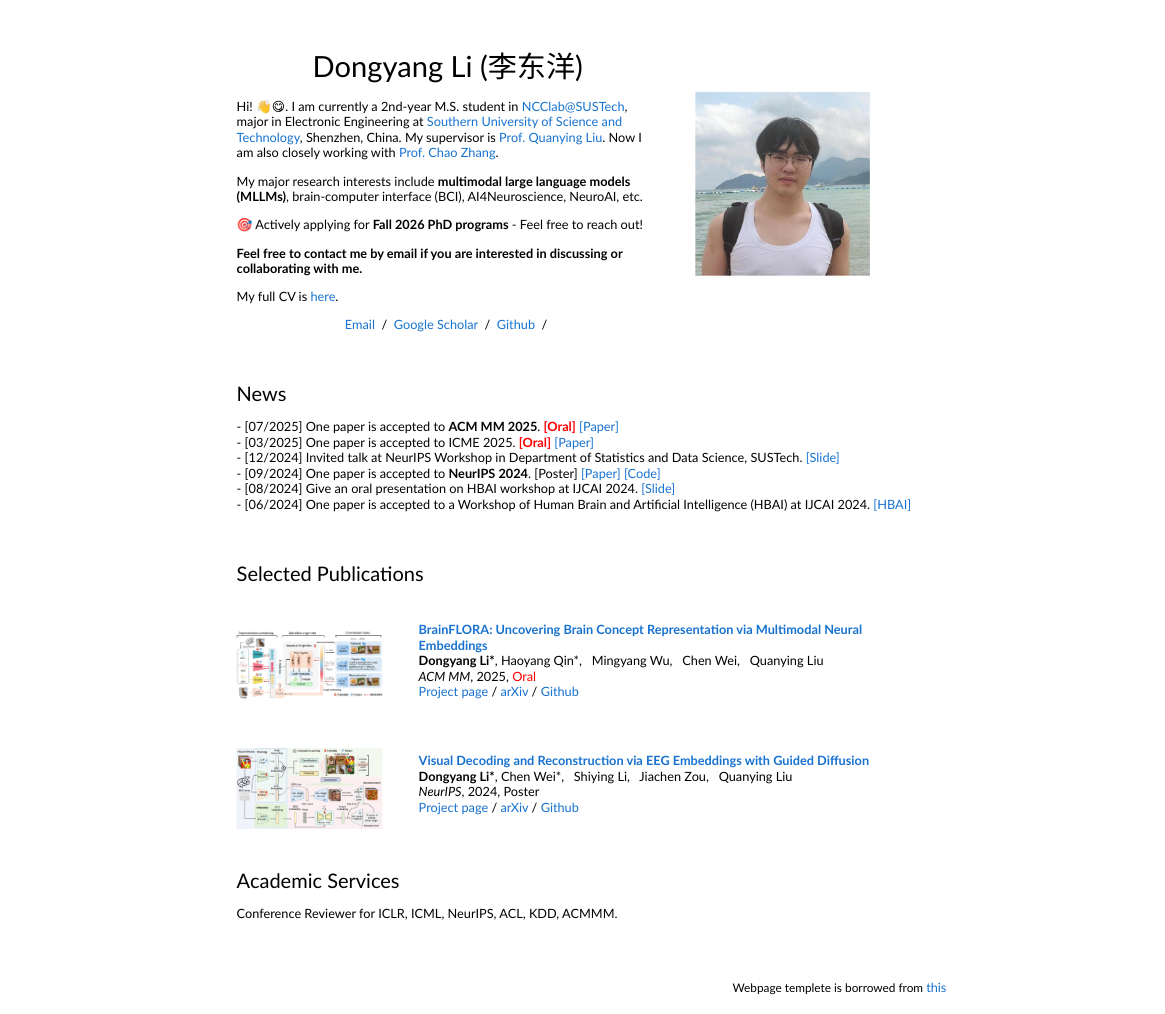
Repository: dongyangli-del/dongyangli-del.github.io
Page: index.html
An editor plug-in stored every save of this project. The page is shown before and after a run of saves, followed by the edit.
The browser window is 1280 px wide. The pictures show the whole page, at 91% of full size.

Above is the page before, as saved 2025-07-12 21:34:00.

### index.html
<!DOCTYPE HTML>
<html lang="en">
  <head>

    <meta http-equiv="Content-Type" content="text/html; charset=UTF-8">

    <title>Dongyang Li (李东洋)</title>

    <meta name="author" content="Dongyang Li (李东洋)">
    <meta name="viewport" content="width=device-width, initial-scale=1">

    <link rel="stylesheet" type="text/css" href="stylesheet.css">
    <link rel="icon" href="data:[embedded picture, 141 characters]">
  </head>

  <body>
    <!-- <div class="content">
      <table style="width:100%;border:0px;border-spacing:0px;border-collapse:separate;margin-right:auto;margin-left:auto;"><tbody>
        <tr style="padding:0px">
          <td style="padding:2.5%;width:63%;vertical-align:middle">
            <p class="name" style="text-align: center;">
              Dongyang Li
            </p>

            </p>
            <p>

            </p>
            <p style="text-align:center">
            </p>
          </td>
          <td style="padding:2.5%;width:40%;max-width:40%">
            <a href="myassets/profile.jpg"><img style="width:100%;max-width:100%" alt="profile photo" src="myassets/profile.jpg" class="hoverZoomLink"></a>
          </td>
        </tr>
      </tbody></table>
    </div> -->
    <table style="width:100%;max-width:800px;border:0px;border-spacing:0px;border-collapse:separate;margin-right:auto;margin-left:auto;"><tbody>
      <tr style="padding:0px">
        <td style="padding:0px">
          <table style="width:100%;border:0px;border-spacing:0px;border-collapse:separate;margin-right:auto;margin-left:auto;"><tbody>
            <tr style="padding:0px">
              <td style="padding:2.5%;width:63%;vertical-align:middle">
                <p class="name" style="text-align: center;">
                  Dongyang Li (李东洋)
                </p>
                <p>
                  Hi! 👋😋.
                  I am currently a 2nd-year M.S. student in <a href="https://faculty.sustech.edu.cn/?tagid=liuqy&iscss=1&snapid=1&orderby=date&go=1">NCClab@SUSTech</a>, major in Electronic Engineering at <a href="https://www.sustech.edu.cn/en/">Southern University of Science and Technology</a>, Shenzhen, China.
                  My supervisor is <a href="https://www.sustech.edu.cn/zh/faculties/liuquanying.html">Prof. Quanying Liu</a>. Now I am also closely working with <a href="https://mi.eng.cam.ac.uk/~cz277/">Prof. Chao Zhang</a>.
                </p>
                <p>
                  My major research interests include <strong>multimodal large language models (MLLMs)</strong>, brain-computer interface (BCI), AI4Neuroscience, NeuroAI, etc.
                </p>
                <p>🎯 Actively applying for <strong>Fall 2026 PhD programs</strong> - Feel free to reach out!</p> <span style="color: black; font-weight: bold;">Feel free to contact me by email if you are interested in discussing or collaborating with me.</span>


                <p>
                  My full CV is <a href="https://dongyangli-del.github.io/files/Dongyang_Li_CV.pdf">here</a>.
                </p>
                <p style="text-align:center">
                  <a href="lidy2023@mail.sustech.edu.cn">Email</a> &nbsp;/&nbsp;
                  <a href="https://scholar.google.com/citations?user=4VTOeU4AAAAJ&hl=zh-CN&oi=ao">Google Scholar</a> &nbsp;/&nbsp;
                  <a href="https://github.com/dongyangli-del">Github</a> &nbsp;/&nbsp;
                  <!-- <a href="https://www.linkedin.com/in/yingqing-he-6b2859168/">LinkedIn</a> -->
                </p>
              </td>
              <td style="padding:2.5%;width:40%;max-width:40%">
                <a href="myassets/profile.jpg"><img style="width:75%;max-width:100%" alt="profile photo" src="myassets/profile.jpg" class="hoverZoomLink"></a>
              </td>
            </tr>
          </tbody></table>

          <table style="width:100%;border:0px;border-spacing:0px;border-collapse:separate;margin-right:auto;margin-left:auto;"><tbody>
            <tr>
            <td style="padding:20px;width:100%;vertical-align:middle">
              <h2>News</h2>
              <p>
                - [07/2025] One paper is accepted to <strong>ACM MM 2025</strong>. <span style="color: red; font-weight: bold;">[Oral]</span> <a href="https://arxiv.org/pdf/2410.23754">[Paper]</a><br>

                - [03/2025] One paper is accepted to ICME 2025. <span style="color: red; font-weight: bold;">[Oral]</span> <a href="https://arxiv.org/pdf/2410.23754">[Paper]</a><br>

                - [12/2024] Invited talk at NeurIPS Workshop in Department of Statistics and Data Science, SUSTech. <a href="https://dongyangli-del.github.io/files/DongyangLi-20241201.pdf">[Slide]</a><br>

                - [09/2024] One paper is accepted to <strong>NeurIPS 2024</strong>. [Poster] <a href="https://arxiv.org/abs/2403.07721">[Paper]</a> <a href="https://github.com/dongyangli-del/EEG_Image_decode">[Code]</a> <br>

                - [08/2024] Give an oral presentation on HBAI workshop at IJCAI 2024. <a href="https://dongyangli-del.github.io/files/HBAI_2024_DongyangLi.pdf">[Slide]</a><br>

                - [06/2024] One paper is accepted to a Workshop of Human Brain and Artificial Intelligence (HBAI) at IJCAI 2024. <a href="https://hbai2024.github.io/">[HBAI]</a><br>

                <!-- - [10/2024] <font style="color: #d07c22">Invited talk</font> at <a href="https://venue-tutorial.github.io/">ECCV 2024 VENUE (Recent Advances in Video Content Understanding and Generation) Tutorial</a>
                 on the topic of <i>"LLMs Meet image and video generation"</i>.
                 The slides are available at our <a href="https://github.com/YingqingHe/Awesome-LLMs-meet-Multimodal-Generation/blob/main/ECCV2024-VENUE-Tutorial-Slides-LLM-Meet-Image-and-Video-Generation.pdf">Github repo</a>.<br>
                - [08/2024] <font style="color: #d07c22">Invited talk</font> at <a href="https://hunyuan.tencent.com/">Tencent Hunyuan</a>
                 on the topic of <i>"LLMs Meet Multimodal Generation and Editing"</i><br>
                - [08/2024] 1 paper was accepted to <font style="color: #D8429E">ECCV 2024 AI4VA Workshop</font>.<br>
                - [07/2024] 1 paper was accepted to <font style="color: #D8429E">SIGGRAPH Asia 2024</font>.<br>
                - [07/2024] 1 paper was accepted to <font style="color: #D8429E">ECCV 2024</font>.<br>
                - [05/2024] We released a survey paper: <a href="https://arxiv.org/abs/2405.19334">LLMs Meet Multimodal Generation and Editing: A Survey</a>.<br>
                - [03/2024] <font style="color: #d07c22">Invited talk</font> at <a href="https://www.meituan.com/">Meituan</a> on the topic of <i>"Recent Advance of Text-to-Video Generation"</i>.<br>
                - [03/2024] 1 paper was accepted to <font style="color: #D8429E">CVPR 2024</font>.<br>
                - [02/2024] 1 paper was accepted to <font style="color: #D8429E">TVCG 2024</font>.<br>
                - [01/2024] 2 papers were accepted to <font style="color: #D8429E">ICLR 2024</font> (including 1 Spotlight paper).<br>
                - [12/2023] 1 paper was accepted to <font style="color: #D8429E">AAAI 2024</font>.<br>
                - [11/2023] Released <a href="https://arxiv.org/abs/2310.19512">VideoCrafter 1</a>.<br>
                - [08/2023] 1 paper was accepted to <font style="color: #D8429E">SIGGRAPH Asia 2023</font>.<br>
                - [06/2023] <font style="color: #d07c22">Invited talk</font> at <a href="https://sites.google.com/view/loveucvpr23/home">CVPR 2023 LOVEU Workshop</a> on the topic of <i>"Crafting Your Videos: From Unconditional to <br>
                  &nbsp; &nbsp; &nbsp;&nbsp; &nbsp; &nbsp;&nbsp; &nbsp; &nbsp;&nbsp; &nbsp; &nbsp;&nbsp; &nbsp; &nbsp;&nbsp;&nbsp;
                  Controllable Video Diffusion Models"</i>.<br>
                - [04/2023] Released <a href="https://github.com/AILab-CVC/VideoCrafter">VideoCrafter 0.9</a>.<br>
                - [08/2021] 1 paper was accepted to <font style="color: #D8429E">ACM MM 2021</font> as an <font style="color: #D8429E">Oral</font> paper.<br>  -->
              </p>
            </td>
            </tr>
          </tbody></table>
          <table style="width:100%;border:0px;border-spacing:0px;border-collapse:separate;margin-right:auto;margin-left:auto;"><tbody>

    <table style="width:100%;border:0px;border-spacing:0px;border-collapse:separate;margin-right:auto;margin-left:auto;">
      <tbody>
      <tr>
        <td style="padding:20px;width:100%;vertical-align:middle">
          <h2>Selected Publications</h2>
          <!-- <p>
            I'm interested in computer vision, generative models, image/video generation and editing.
          </p> -->
        </td>
      </tr>
      </tbody>
    </table>
    <table style="width:100%;border:0px;border-spacing:0px;border-collapse:separate;margin-right:auto;margin-left:auto;"><tbody>


      <!-- BrainFLORA -->
      <tr>
        <td style="padding:20px;width:25%;vertical-align:middle">
          <img src='myassets/BrainFLORA.png' width="100%">
        </td>
        <td style="padding:20px;width:75%;vertical-align:middle">
          <a href="https://github.com/dongyangli-del/BrainFLORA">
            <span class="papertitle">BrainFLORA: Uncovering Brain Concept Representation via Multimodal Neural Embeddings</span>
          </a>
          <br>
          <strong>Dongyang Li*</strong>,
          <font style="color:black;">Haoyang Qin*, </font> &nbsp;
          <font style="color: black;">Mingyang Wu, </font> &nbsp;
          <font style="color: black;">Chen Wei, </font> &nbsp;
          <font style="color: black;">Quanying Liu </font> &nbsp;
          <br>
          <em>ACM MM</em>, 2025, <font style="color:red;">Oral</font>
          <br>
          <a href="https://github.com/dongyangli-del/BrainFLORA">Project page</a> /
          <a href="https://arxiv.org/pdf/2403.07721">arXiv</a> /
          <a href="https://github.com/dongyangli-del/BrainFLORA">Github</a>
          <p></p>
          <p>
          </p>
        </td>
      </tr>


      <!-- EEG_Image_Decode -->
      <tr>
        <td style="padding:20px;width:25%;vertical-align:middle">
          <img src='myassets/EEG_Image_decode.png' width="100%">
        </td>
        <td style="padding:20px;width:75%;vertical-align:middle">
          <a href="https://github.com/dongyangli-del/EEG_Image_decode/">
            <span class="papertitle">Visual Decoding and Reconstruction via EEG Embeddings with Guided Diffusion</span>
          </a>
          <br>
          <strong>Dongyang Li*</strong>,
          <font style="color:black;">Chen Wei*, </font> &nbsp;
          <font style="color: black;">Shiying Li, </font> &nbsp;
          <font style="color: black;">Jiachen Zou, </font> &nbsp;
          <font style="color: black;">Quanying Liu </font> &nbsp;
          <br>
          <em>NeurIPS</em>, 2024, Poster
          <br>
          <a href="https://dongyangli-del.github.io/EEG_Image_Decode/">Project page</a> /
          <a href="https://arxiv.org/pdf/2403.07721">arXiv</a> /
          <a href="https://github.com/dongyangli-del/EEG_Image_decode">Github</a>
          <p></p>
          <p>
          </p>
        </td>
      </tr>



    <table style="width:100%;border:0px;border-spacing:0px;border-collapse:separate;margin-right:auto;margin-left:auto;"><tbody>
      <tr>
      <td style="padding:20px;width:100%;vertical-align:middle">
        <h2>Academic Services</h2>
        <p>
          Conference Reviewer for ICLR, ICML, NeurIPS, ACL, KDD, ACMMM.<br>
          <!-- Journal Reviewer for TPAMI, IJCV, ACM Computing Surveys. -->
        </p>
      </td>
    </tr>
    </tbody></table>
    <table style="width:100%;border:0px;border-spacing:0px;border-collapse:separate;margin-right:auto;margin-left:auto;"><tbody>

    <!-- </tbody></table>
          <table width="100%" align="center" border="0" cellspacing="0" cellpadding="20"><tbody>
            <tr>
              <td>
                <h2>Miscellanea</h2>
              </td>
            </tr>
          </tbody></table>
          <table width="100%" align="center" border="0" cellpadding="20"><tbody>

            <tr>
              <td style="padding:20px;width:25%;vertical-align:middle"><img src="images/cvf.jpg"></td>
              <td width="75%" valign="center">
                <a href="https://cvpr2023.thecvf.com/Conferences/2023/Organizers">Demo Chair, CVPR 2023</a>
          <br>
                <a href="https://cvpr2022.thecvf.com/area-chairs">Area Chair, CVPR 2022</a>
                <br>
                <a href="http://cvpr2021.thecvf.com/area-chairs">Area Chair & Longuet-Higgins Award Committee Member, CVPR 2021</a>
                <br>
                <a href="http://cvpr2019.thecvf.com/area_chairs">Area Chair, CVPR 2019</a>
                <br>
                <a href="http://cvpr2018.thecvf.com/organizers/area_chairs">Area Chair, CVPR 2018</a>
              </td>
            </tr>
            <tr>
              <td style="padding:20px;width:25%;vertical-align:middle">
                <img src="images/cs188.jpg" alt="cs188">
              </td>
              <td width="75%" valign="center">
                <a href="http://inst.eecs.berkeley.edu/~cs188/sp11/announcements.html">Graduate Student Instructor, CS188 Spring 2011</a>
                <br>
                <a href="http://inst.eecs.berkeley.edu/~cs188/fa10/announcements.html">Graduate Student Instructor, CS188 Fall 2010</a>
                <br>
                <a href="http://aima.cs.berkeley.edu/">Figures, "Artificial Intelligence: A Modern Approach", 3rd Edition</a>
              </td>
            </tr>


            <tr>
              <td align="center" style="padding:20px;width:25%;vertical-align:middle">
                <h2>Basically <br> Blog Posts</h2>
              </td>
              <td width="75%" valign="middle">
                <a href="https://arxiv.org/abs/2112.11687">Squareplus: A Softplus-Like Algebraic Rectifier</a>
                <br>
                <a href="https://arxiv.org/abs/2010.09714">A Convenient Generalization of Schlick's Bias and Gain Functions</a>
                <br>
                <a href="https://arxiv.org/abs/1704.07483">Continuously Differentiable Exponential Linear Units</a>
                <br>
                <a href="https://jonbarron.info/data/cvpr2023_llm_workshop_annotated.pdf">Scholars & Big Models: How Can Academics Adapt?</a>
              </td>
            </tr>
          </tbody></table> -->


          <table style="width:100%;border:0px;border-spacing:0px;border-collapse:separate;margin-right:auto;margin-left:auto;"><tbody>
            <tr>
              <td style="padding:0px">
                <br>
                <p style="text-align:right;font-size:small;">
                  <!-- Feel free to steal this website's <a href="https://github.com/jonbarron/jonbarron_website">source code</a>. <strong>Do not</strong> scrape the HTML from this page itself, as it includes analytics tags that you do not want on your own website &mdash; use the github code instead. Also, consider using <a href="https://leonidk.com/">Leonid Keselman</a>'s <a href="https://github.com/leonidk/new_website">Jekyll fork</a> of this page. -->
                  Webpage templete is borrowed from <a href="https://github.com/jonbarron/jonbarron_website">this</a>
                </p>
              </td>
            </tr>
          </tbody></table>
        </td>
      </tr>
    </table>
  </body>
</html>

### stylesheet.css
/* latin-ext */
.content {
  width: 1000px;
  padding: 25px 50px;
  margin: 25px auto;
  background-color: white;
  box-shadow: 0px 0px 10px #999;
  border-radius: 15px;
  font-family: "Google Sans";
}

@font-face {
  font-family: 'Lato';
  font-style: italic;
  font-weight: 400;
  src: local('Lato Italic'), local('Lato-Italic'), url(https://fonts.gstatic.com/s/lato/v15/S6u8w4BMUTPHjxsAUi-qNiXg7eU0.woff2) format('woff2');
  unicode-range: U+0100-024F, U+0259, U+1E00-1EFF, U+2020, U+20A0-20AB, U+20AD-20CF, U+2113, U+2C60-2C7F, U+A720-A7FF;
}
/* latin */
@font-face {
  font-family: 'Lato';
  font-style: italic;
  font-weight: 400;
  src: local('Lato Italic'), local('Lato-Italic'), url(https://fonts.gstatic.com/s/lato/v15/S6u8w4BMUTPHjxsAXC-qNiXg7Q.woff2) format('woff2');
  unicode-range: U+0000-00FF, U+0131, U+0152-0153, U+02BB-02BC, U+02C6, U+02DA, U+02DC, U+2000-206F, U+2074, U+20AC, U+2122, U+2191, U+2193, U+2212, U+2215, U+FEFF, U+FFFD;
}
/* latin-ext */
@font-face {
  font-family: 'Lato';
  font-style: italic;
  font-weight: 700;
  src: local('Lato Bold Italic'), local('Lato-BoldItalic'), url(https://fonts.gstatic.com/s/lato/v15/S6u_w4BMUTPHjxsI5wq_FQftx9897sxZ.woff2) format('woff2');
  unicode-range: U+0100-024F, U+0259, U+1E00-1EFF, U+2020, U+20A0-20AB, U+20AD-20CF, U+2113, U+2C60-2C7F, U+A720-A7FF;
}
/* latin */
@font-face {
  font-family: 'Lato';
  font-style: italic;
  font-weight: 700;
  src: local('Lato Bold Italic'), local('Lato-BoldItalic'), url(https://fonts.gstatic.com/s/lato/v15/S6u_w4BMUTPHjxsI5wq_Gwftx9897g.woff2) format('woff2');
  unicode-range: U+0000-00FF, U+0131, U+0152-0153, U+02BB-02BC, U+02C6, U+02DA, U+02DC, U+2000-206F, U+2074, U+20AC, U+2122, U+2191, U+2193, U+2212, U+2215, U+FEFF, U+FFFD;
}
/* latin-ext */
@font-face {
  font-family: 'Lato';
  font-style: normal;
  font-weight: 400;
  src: local('Lato Regular'), local('Lato-Regular'), url(https://fonts.gstatic.com/s/lato/v15/S6uyw4BMUTPHjxAwXiWtFCfQ7A.woff2) format('woff2');
  unicode-range: U+0100-024F, U+0259, U+1E00-1EFF, U+2020, U+20A0-20AB, U+20AD-20CF, U+2113, U+2C60-2C7F, U+A720-A7FF;
}
/* latin */
@font-face {
  font-family: 'Lato';
  font-style: normal;
  font-weight: 400;
  src: local('Lato Regular'), local('Lato-Regular'), url(https://fonts.gstatic.com/s/lato/v15/S6uyw4BMUTPHjx4wXiWtFCc.woff2) format('woff2');
  unicode-range: U+0000-00FF, U+0131, U+0152-0153, U+02BB-02BC, U+02C6, U+02DA, U+02DC, U+2000-206F, U+2074, U+20AC, U+2122, U+2191, U+2193, U+2212, U+2215, U+FEFF, U+FFFD;
}
/* latin-ext */
@font-face {
  font-family: 'Lato';
  font-style: normal;
  font-weight: 700;
  src: local('Lato Bold'), local('Lato-Bold'), url(https://fonts.gstatic.com/s/lato/v15/S6u9w4BMUTPHh6UVSwaPGQ3q5d0N7w.woff2) format('woff2');
  unicode-range: U+0100-024F, U+0259, U+1E00-1EFF, U+2020, U+20A0-20AB, U+20AD-20CF, U+2113, U+2C60-2C7F, U+A720-A7FF;
}
/* latin */
@font-face {
  font-family: 'Lato';
  font-style: normal;
  font-weight: 700;
  src: local('Lato Bold'), local('Lato-Bold'), url(https://fonts.gstatic.com/s/lato/v15/S6u9w4BMUTPHh6UVSwiPGQ3q5d0.woff2) format('woff2');
  unicode-range: U+0000-00FF, U+0131, U+0152-0153, U+02BB-02BC, U+02C6, U+02DA, U+02DC, U+2000-206F, U+2074, U+20AC, U+2122, U+2191, U+2193, U+2212, U+2215, U+FEFF, U+FFFD;
}

a {
  color: #1772d0;
  text-decoration: none;
}
/* a {
  color: #761478b2;
  text-decoration: none;
} */
a:focus,
a:hover {
  color: #f09228;
  text-decoration: none;
}

body,
td,
th,
tr,
/* tr {
  border-bottom: 1px solid rgb(183, 168, 192);
} */
p,
a {
  font-family: 'Lato', Verdana, Helvetica, sans-serif;
  font-size: 14px;
}

strong {
  font-family: 'Lato', Verdana, Helvetica, sans-serif;
  font-size: 14px;
}

h2 {
  margin: 0;
  font-weight: normal;
  font-family: 'Lato', Verdana, Helvetica, sans-serif;
  font-size: 22px;
}

.papertitle {
  font-family: 'Lato', Verdana, Helvetica, sans-serif;
  font-size: 14px;
  font-weight: 700;
}

.name {
  padding-top: 20px;
  margin: 0;
  font-family: 'Lato', Verdana, Helvetica, sans-serif;
  font-size: 32px;
}

.one {
  width: 200px;
  height: 200px;
  position: relative;

}

.two {
  width: 200px;
  height: 200px;
  position: absolute;
  transition: opacity .2s ease-in-out;
  -moz-transition: opacity .2s ease-in-out;
  -webkit-transition: opacity .2s ease-in-out;
}

.fade {
  transition: opacity .2s ease-in-out;
  -moz-transition: opacity .2s ease-in-out;
  -webkit-transition: opacity .2s ease-in-out;
}

span.highlight {
  background-color: #ffffd0;
}

After the next 3 saves:
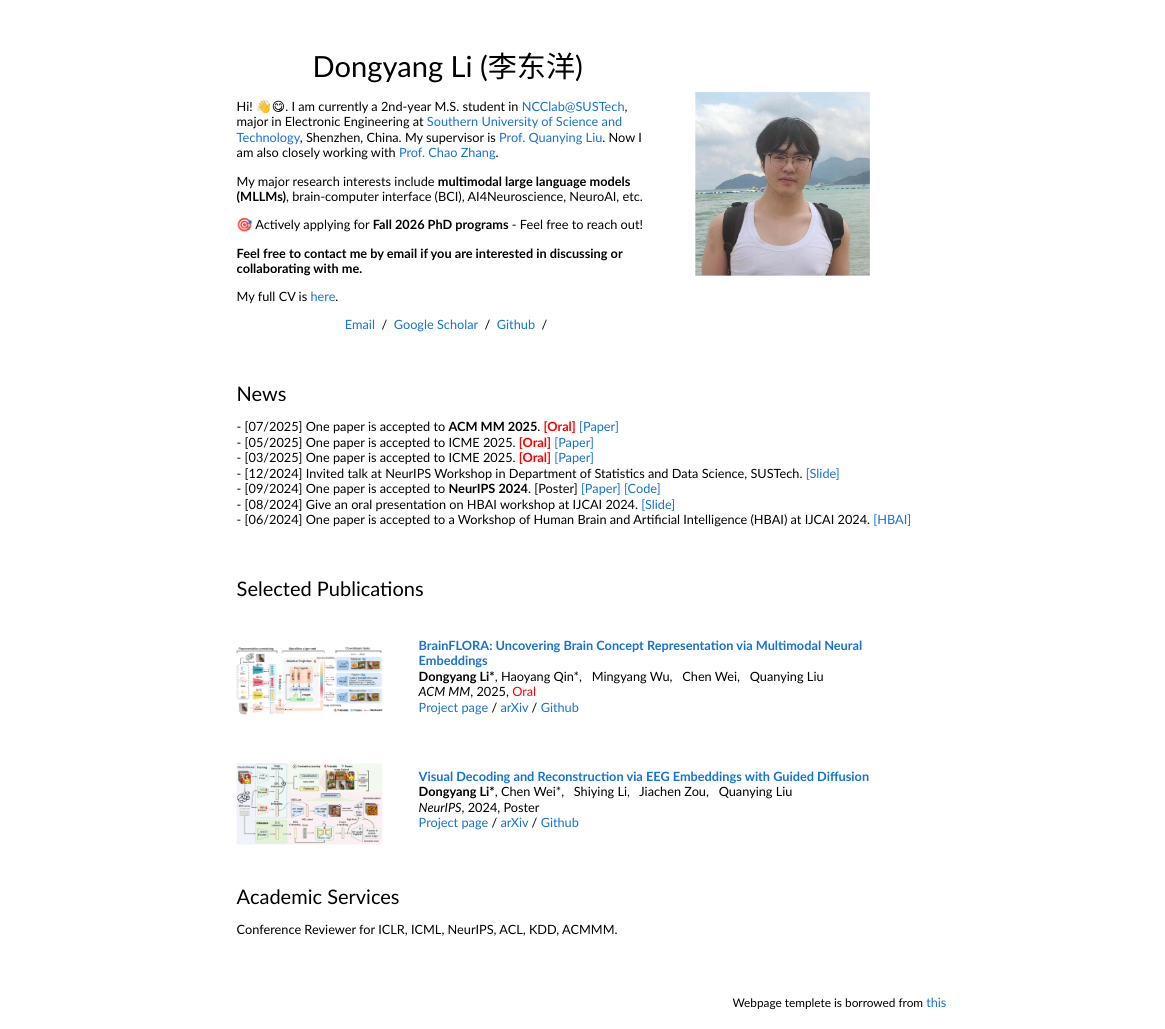
The 3 saves are shown as one change because they came seconds apart.
The last was saved 46 s later.
--- a/index.html
+++ b/index.html
@@ -77,6 +77,8 @@
               <h2>News</h2>
               <p>
                 - [07/2025] One paper is accepted to <strong>ACM MM 2025</strong>. <span style="color: red; font-weight: bold;">[Oral]</span> <a href="https://arxiv.org/pdf/2410.23754">[Paper]</a><br>
+
+                - [05/2025] One paper is accepted to ICME 2025. <span style="color: red; font-weight: bold;">[Oral]</span> <a href="https://arxiv.org/pdf/2410.23754">[Paper]</a><br>
 
                 - [03/2025] One paper is accepted to ICME 2025. <span style="color: red; font-weight: bold;">[Oral]</span> <a href="https://arxiv.org/pdf/2410.23754">[Paper]</a><br>
 
